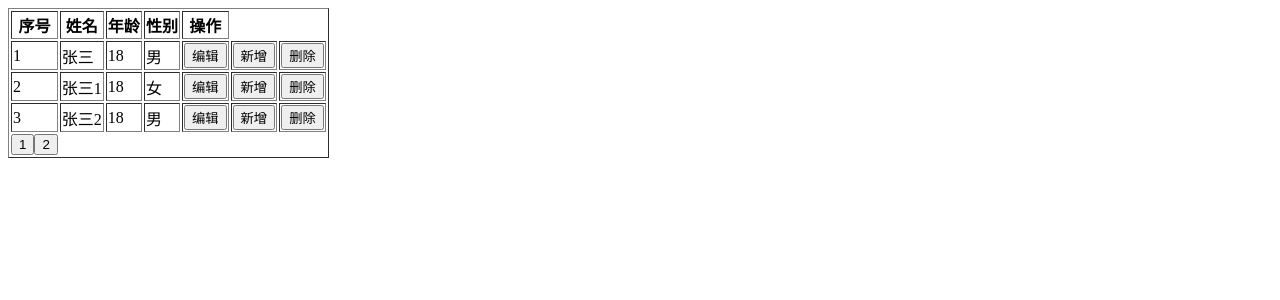
Repository: yuanritian1/5oproject50days
Page: 表格table/index.html
An editor plug-in stored every save of this project. The page is shown before and after the next save, followed by the edit.
The browser window is 1280 px wide. The pictures show the whole page.
After loading, the first visible `button` was clicked once.

Above is the page before, as saved 2022-09-03 15:52:27.

After the next save:
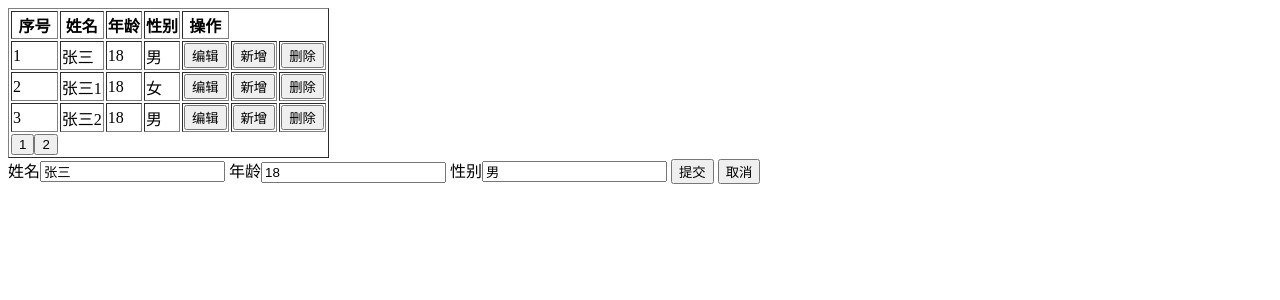
Saved 43 s later.
--- a/表格table/index.html
+++ b/表格table/index.html
@@ -81,6 +81,7 @@
         })
     }
     function edit(e) {
+        inputContent.style.display = 'block'
         btnGrounp[0].value = DATE_ARR[e - 1].name
         btnGrounp[1].value = DATE_ARR[e - 1].age
         btnGrounp[2].value = DATE_ARR[e - 1].sex

After the save that followed:
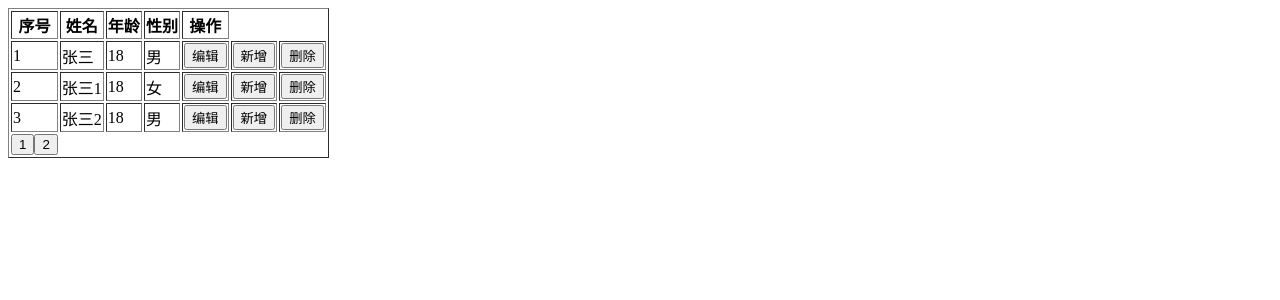
Saved 3 min 38 s later.
--- a/表格table/index.html
+++ b/表格table/index.html
@@ -85,6 +85,17 @@
         btnGrounp[0].value = DATE_ARR[e - 1].name
         btnGrounp[1].value = DATE_ARR[e - 1].age
         btnGrounp[2].value = DATE_ARR[e - 1].sex
+        submit(e)
+    }
+    function submit(value) {
+        for (let i = 0; i < DATE_ARR.length; i++) {
+            if (value === DATE_ARR[i].id) {
+                DATE_ARR[i].name = btnGrounp[0].value
+                DATE_ARR[i].age = btnGrounp[1].value
+                DATE_ARR[i].sex = btnGrounp[2].value
+            }
+            inputContent.style.display = 'none'
+        }
     }
     function jiequ(value) {
         let arr = DATE_ARR.slice((value - 1) * 3, 3 * value)
